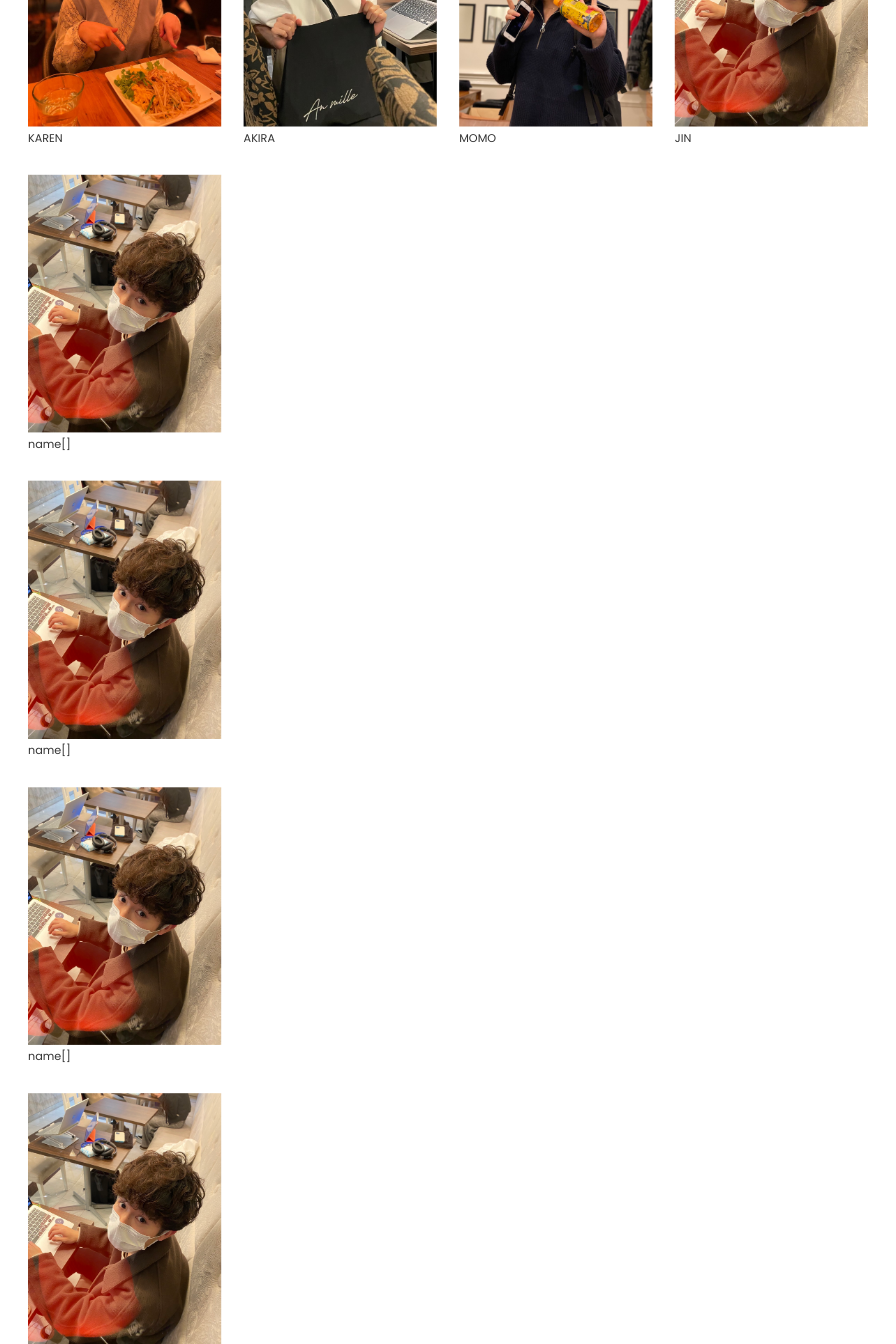
Repository: kohei23n/tenfeet
Page: index.html
These files come from the project's save history. The page is drawn as it stood at one moment and after a run of saves; the edit follows.
The browser window is 1280 px wide. The pictures show the part of the page from y = 704 to 2624 px (the page is 4452 px tall before and 954 px after), at 70% of full size.

Above is the page before, as saved 2022-02-08 23:15:15.

### index.html
<!DOCTYPE html>
<html lang="en">
<head>
  <meta charset="UTF-8">
  <meta http-equiv="X-UA-Compatible" content="IE=edge">
  <meta name="viewport" content="width=device-width, initial-scale=1.0">
  <link rel="stylesheet" href="style.css">
  <link href="https://fonts.googleapis.com/css?family=Poppins" rel="stylesheet">
  <script src="https://ajax.googleapis.com/ajax/libs/jquery/3.5.1/jquery.min.js"></script>
  <title>Moshalympics</title>
</head>
<body>
  <header id="header" class="wrapper">
    <h1 class="title">
      <a href="index.html">
        <img src="img/logo.svg" alt="Furniture Design">
      </a>
    </h1>
    <nav id="nav">
      <ul class="nav_menu">
        <li><a href="">PRODUCTS</a></li>
        <li><a href="">ABOUT</a></li>
        <li><a href="">COMPANY</a></li>
        <li><a href="">CONTACT</a></li>
      </ul>
    </nav>
    <div class="button">
      <span></span>
      <span></span>
    </div>
    <div id="mask"></div>
  </header>

  <main>
    <div id="top" class="wrapper">
      <ul class="product_list">
        <li>
          <a href="/members1/index.html?id=1">
            <img src="/img/1.jpg" alt="1">
            <p class="name">KOHEI</p>
          </a>
        </li>
        <li>
          <a href="/members1/index.html?id=2">
            <img src="/img/2.jpg" alt="2">
            <p class="name">ONOKAN</p>
          </a>
        </li>
        <li>
          <a href="/members1/index.html?id=3">
            <img src="/img/3.jpg" alt="3">
            <p class="name">TAIKI</p>
          </a>
        </li>
        <li>
          <a href="/members1/index.html?id=4">
            <img src="/img/4.jpg" alt="4">
            <p class="name">EIKI</p>
          </a>
        </li>
        <li>
          <a href="/members1/index.html?id=5">
            <img src="/img/5.jpg" alt="5">
            <p class="name">KAREN</p>
          </a>
        </li>
        <li>
          <a href="/members1/index.html?id=6">
            <img src="/img/6.jpg" alt="6">
            <p class="name">AKIRA</p>
          </a>
        </li>
        <li>
          <a href="/members1/index.html?id=7">
            <img src="/img/7.jpg" alt="7">
            <p class="name">MOMO</p>
          </a>
        </li>
        <li>
          <a href="/members1/index.html?id=8">
            <img src="/img/8.jpg" alt="8">
            <p class="name">JIN</p>
          </a>
        </li>
      </ul>
    </div>
  </main>


  <div id="member_list_2"></div>

  <script src="/main.js"></script>
</body>
</html>

### style.css
* {
  margin: 0;
  padding: 0;
}



#header {
  width: 100%;
  height: 80px;
  background-color: #fff;
  display: flex;
  align-items: center;
  justify-content: space-between;
  position: fixed;
  left: 0;
  right: 0;
  z-index: 10;
}

.wrapper {
  max-width: 1360px;
  margin: 0 auto;
  padding: 0 40px;
  box-sizing: border-box;
}

h1 {
  display: block;
  font-size: 2em;
  margin-block-start: 0.67em;
  margin-block-end: 0.67em;
  margin-inline-start: 0px;
  margin-inline-end: 0px;
  font-weight: bold;
}

.title a {
  width: 180px;
  line-height: 1px;
  display: block;
}

img {
  max-width: 100%;
}


.open #nav {
  left: 0;
  opacity: 1;
}

#nav {
  opacity: 0;
  position: fixed;
  top: 0;
  left: -300px;
  width: 300px;
  color: #fff;
  padding: 36px 50px;
  transition: all 0.3s;
  z-index: 20;
}


#nav li {
  margin-bottom: 14px;
  list-style: none;
}

#nav a {
  color: #fff;
  text-decoration: none;
  transition: all 0.5s;
}

.button {
  width: 30px;
  height: 30px;
  position: relative;
  transition: all 0.5s;
  cursor: pointer;
  z-index: 20;
}

.button span:nth-child(1) {
  top: 10px;
}

.button span:nth-child(2) {
  bottom: 10px;
}

.button span {
  display: block;
  position: absolute;
  width: 30px;
  height: 2px;
  background-color: #333;
  border-radius: 4px;
  transition: all 0.5s;
}

.open .button span {
  background-color: #fff;
}

.open .button span:nth-child(1) {
  transform: rotate(-45deg) translateY(5px);
}

.open .button span:nth-child(2) {
  transform: rotate(45deg) translateY(-5px);
}

#mask {
  display: none;
  transition: all 0.6s;
}

.open #mask {
  display: block;
  position: fixed;
  top: 0;
  left: 0;
  width: 100%;
  height: 100%;
  background: #000;
  opacity: 0.8;
  z-index: 10;
  cursor: pointer;

}

/* MAIN  */

#top {
  padding-top: 80px;
  /* padding-bottom: 160px; */
}

.product_list {
  display: flex;
  flex-wrap: wrap;
  justify-content: space-between;
}

.product_list li {
  width: 23%;
  margin-bottom: 40px;
  list-style: none;
}

.product_list a {
  color: #333;
  text-decoration: none;
  transition: all 0.5s;
}

.product_list img:hover {
  transition: 0.5s;
  opacity: 0.8;
}

/* NAME */

.name {
  font-family: 'Poppins', sans-serif;
}

.wrapper2{
  padding-top: 0 !important;
  max-width: 1360px;
    margin: 0 auto;
    padding: 0 40px;
    box-sizing: border-box;
}

### main.js
$(function(){

  $('.button').on("click", function() {
    if ($('#header').hasClass('open')) {
      $('header').removeClass('open');
    } else {
      $('header').addClass('open');
    }
  });

  $('#mask').on("click", function() {
    $('header').removeClass('open');
  });
})

let images = ["/img/9.jpg","/img/10.jpg","/img/11.jpg","/img/12.jpg","/img/13.jpg","/img/14.jpg","/img/15.jpg","/img/16.jpg"];
let name = ["NAOKI","KASHIKEN","SACCHAN","REIREI","KENTHI","TSUYOCHAN","KAZUNORI","KAZUKI"];


let content = ''
for(let i =0; i<images.length; i++){
  content +=
`<div id="top" class="wrapper2">
<ul class="product_list"><li>
<a href="/members1/index.html?id=8">
  <img src="/img/8.jpg" alt="8">
  <p class="name">name[]</p>
</a>
</li>
</ul></div>`};




let content2 = document.getElementById('member_list_2');
content2.insertAdjacentHTML("beforebegin", content)

After the next 4 saves:
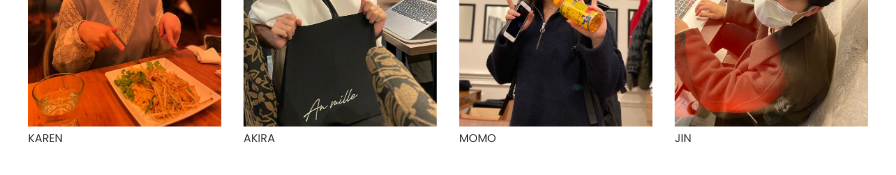
Console error: SyntaxError: Unexpected identifier 'name'
The 4 saves are shown as one change because they came seconds apart.
The last was saved 16 s later.
--- a/main.js
+++ b/main.js
@@ -24,7 +24,7 @@ for(let i =0; i<images.length; i++){
 <ul class="product_list"><li>
 <a href="/members1/index.html?id=8">
   <img src="/img/8.jpg" alt="8">
-  <p class="name">name[]</p>
+  <p class="name">`name[]`</p>
 </a>
 </li>
 </ul></div>`};
